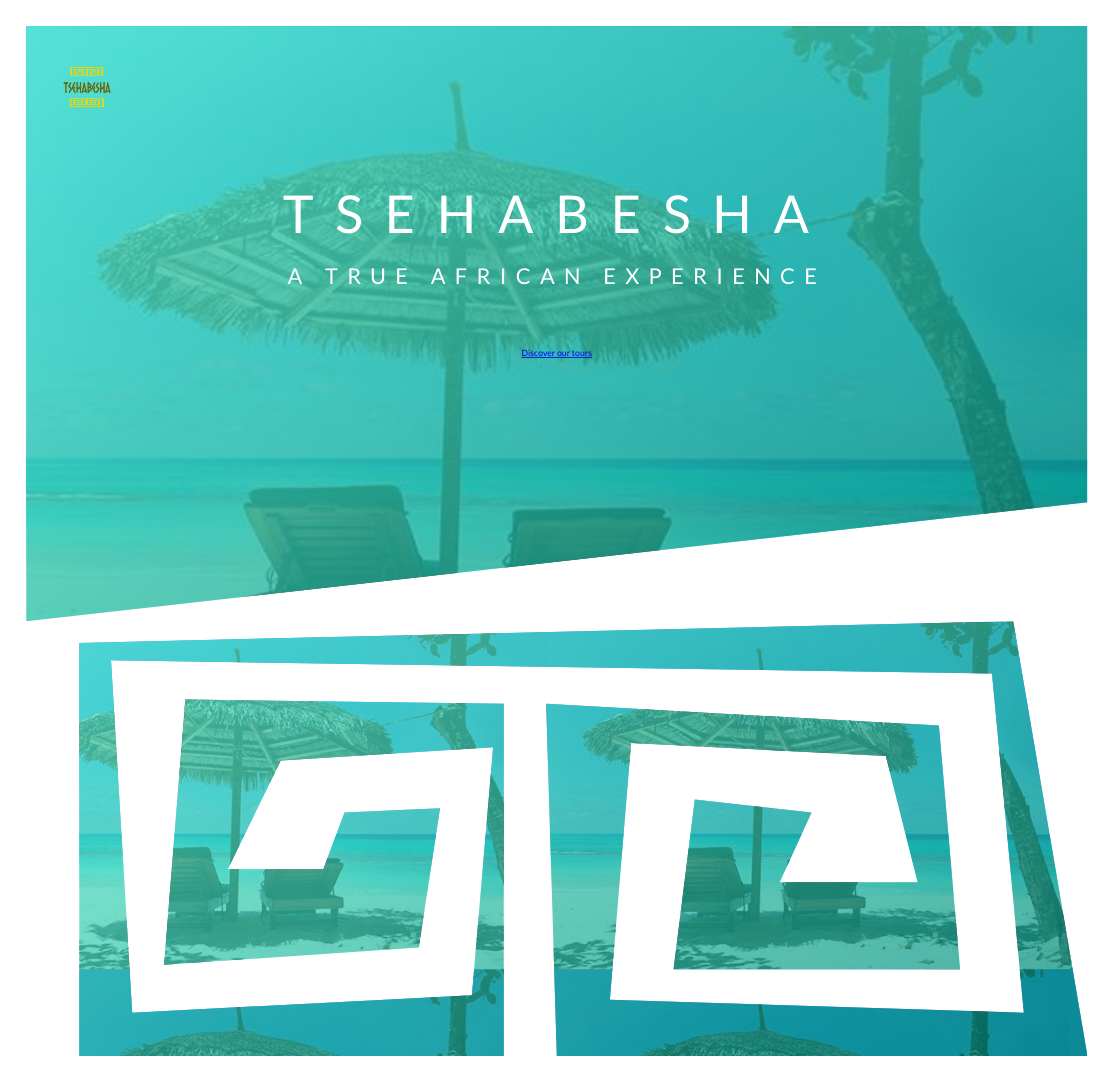
Repository: Azariagmt/tour-and-travel
Page: index.html
These files come from the project's save history. The page is drawn as it stood at one moment and after the next save; the edit follows.
The browser window is 1280 px wide. The pictures show the whole page, at 87% of full size.
The style sheet was rebuilt from its Sass, Less or Tailwind sources for each picture, by a compiler version that may differ from the author's.

Above is the page before, as saved 2020-03-31 08:47:47.

After the next save:
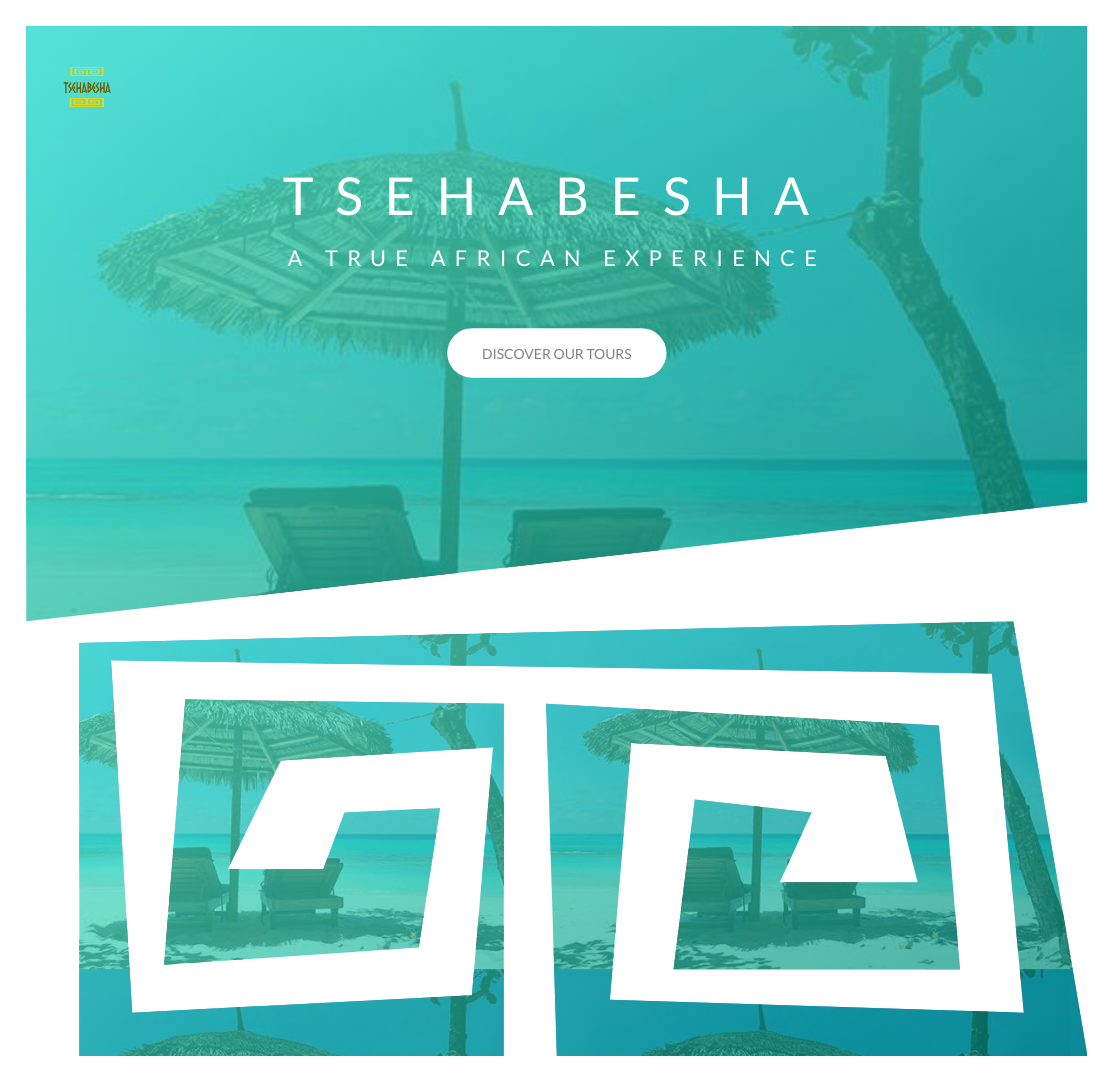
Saved 14 s later.
--- a/sass/main.scss
+++ b/sass/main.scss
@@ -124,8 +124,8 @@
 }
 
 .btn{
-  .btn:link,
-  .btn:visited {
+  &:link,
+  &:visited {
     text-transform: uppercase;
     text-decoration: none;
     display: inline-block;
@@ -136,23 +136,23 @@
     font-size: 1.6rem;
   }
 
-  .btn:hover {
+  &:hover {
     transform: translateY(-0.3rem);
     box-shadow: 0 1rem 2rem rgba(0, 0, 0, 0.2);
   }
 
-  .btn:active {
+  &:active {
     transform: translateY(-0.1rem);
     box-shadow: 0 0.5rem 1rem rgba(0, 0, 0, 0.2);
   }
 
-  .btn--white {
+  &--white {
     background-color: white;
     color: grey;
   }
 
 
-  .btn::after {
+  &::after {
     content: "";
     display: inline-block;
     height: 100%;
@@ -165,15 +165,15 @@
     transition: all 0.4s;
   }
 
-  .btn-white::after {
+  &-white::after {
     background-color: white;
   }
 
-  .btn:hover::after {
+  &:hover::after {
     transform: scaleX(1.4) scaleY(1.6);
     opacity: 0;
   }
-  .btn--animated {
+  &--animated {
     animation: moveInTop 0.7s ease-out 0.75s;
     animation-fill-mode: backwards;
   }
